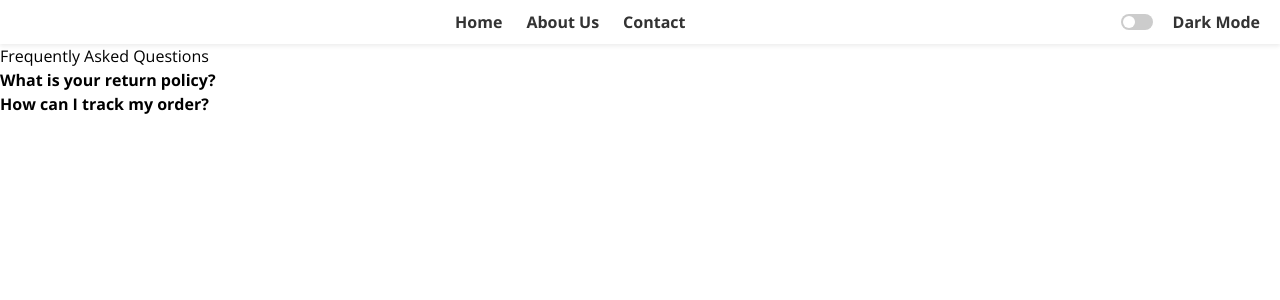
Repository: sriram1224/Text-converter
Page: /about
These files come from the project's save history. The page is drawn as it stood at one moment and after the next save; the edit follows.
The browser window is 1280 px wide. The pictures show the whole page.
The project was rebuilt for these pictures with package versions that can differ from the ones it lists, and the page was loaded fresh each time. Also part of the build but not shown: src/Home.css, src/Home.jsx.

Above is the page before, as saved 2024-03-27 03:56:16.

After the next save:
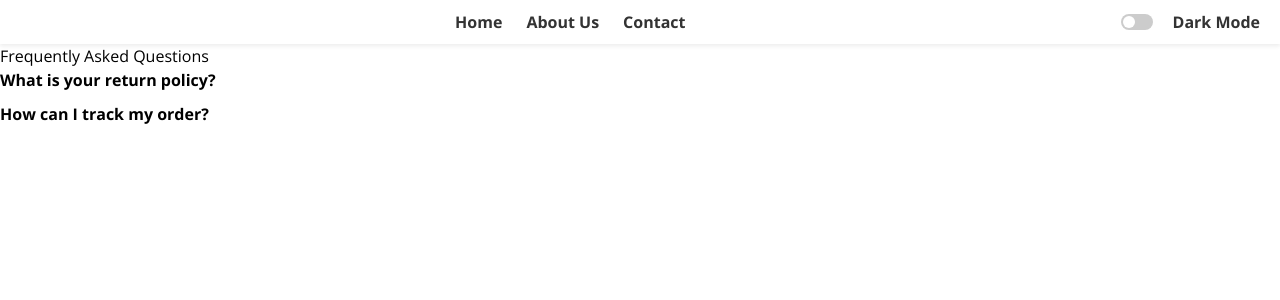
Saved 2 min 31 s later.
--- a/src/About.jsx
+++ b/src/About.jsx
@@ -1,6 +1,5 @@
-
 import React, { useState } from 'react';
-
+import './about.css'
 function FAQItem({ question, answer }) {
   const [isOpen, setIsOpen] = useState(false);
 
@@ -9,20 +8,20 @@ function FAQItem({ question, answer }) {
   };
 
   return (
-    <div>
-      <div onClick={toggleAnswer} style={{ cursor: 'pointer' }}>
+    <div className="faq-item">
+      <div onClick={toggleAnswer} className="faq-question">
         <strong>{question}</strong>
       </div>
-      {isOpen && <div>{answer}</div>}
+      {isOpen && <div className="faq-answer">{answer}</div>}
     </div>
   );
 }
 
 function FAQ() {
   return (
-    <div>
+    <div className="faq">
       <h1>Frequently Asked Questions</h1>
-      <FAQItem
+       <FAQItem
         question="What is your return policy?"
         answer="Our return policy allows returns within 30 days of purchase."
       />
@@ -30,7 +29,6 @@ function FAQ() {
         question="How can I track my order?"
         answer="You can track your order by logging into your account."
       />
-      {/* Add more FAQ items as needed */}
     </div>
   );
 }
